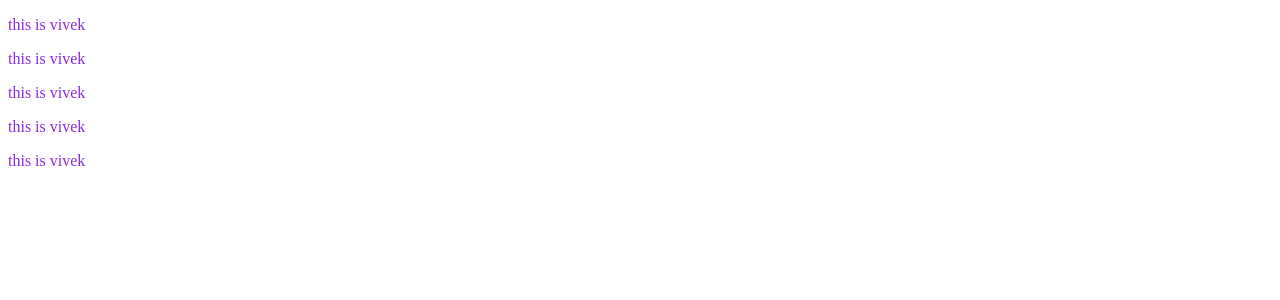
Repository: viveknaidu007/repo-113-HTML
Page: 8.html
An editor plug-in stored every save of this project. The page is shown before and after the next save, followed by the edit.
The browser window is 1280 px wide. The pictures show the whole page.

Above is the page before, as saved 2024-06-12 23:55:07.

### 8.html
<!DOCTYPE html>
<html>
    <head>
        <title> image tag demo </title>
    </head>

    <body>
        <p style="color:blueviolet" > this is vivek</p>
        <p style="color:blueviolet" > this is vivek</p>
        <p style="color:blueviolet" > this is vivek</p>
        <p style="color:blueviolet" > this is vivek</p>
        <p style="color:blueviolet" > this is vivek</p>
    </body>

</html>

After the next save:
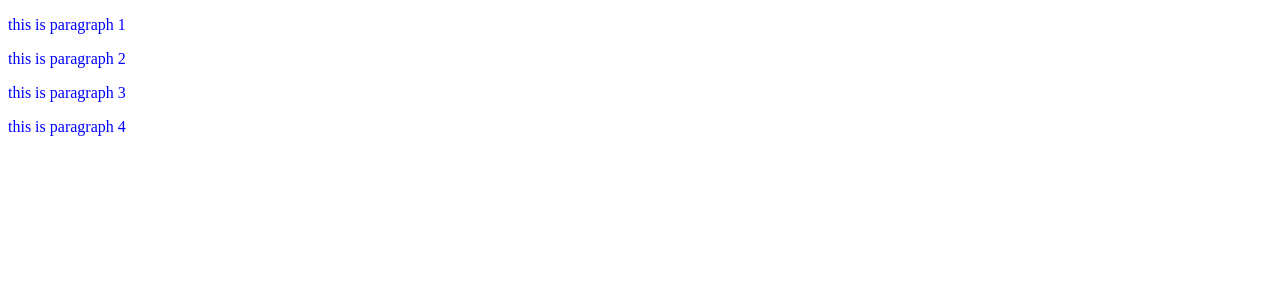
Saved 10 min 45 s later.
--- a/8.html
+++ b/8.html
@@ -5,11 +5,13 @@
     </head>
 
     <body>
-        <p style="color:blueviolet" > this is vivek</p>
-        <p style="color:blueviolet" > this is vivek</p>
-        <p style="color:blueviolet" > this is vivek</p>
-        <p style="color:blueviolet" > this is vivek</p>
-        <p style="color:blueviolet" > this is vivek</p>
+        <div style="color:blue">
+            <p> this is paragraph 1</p>
+            <p> this is paragraph 2</p>
+            <p> this is paragraph 3</p>
+            <p> this is paragraph 4</p>
+
+        </div>
     </body>
 
 </html>
